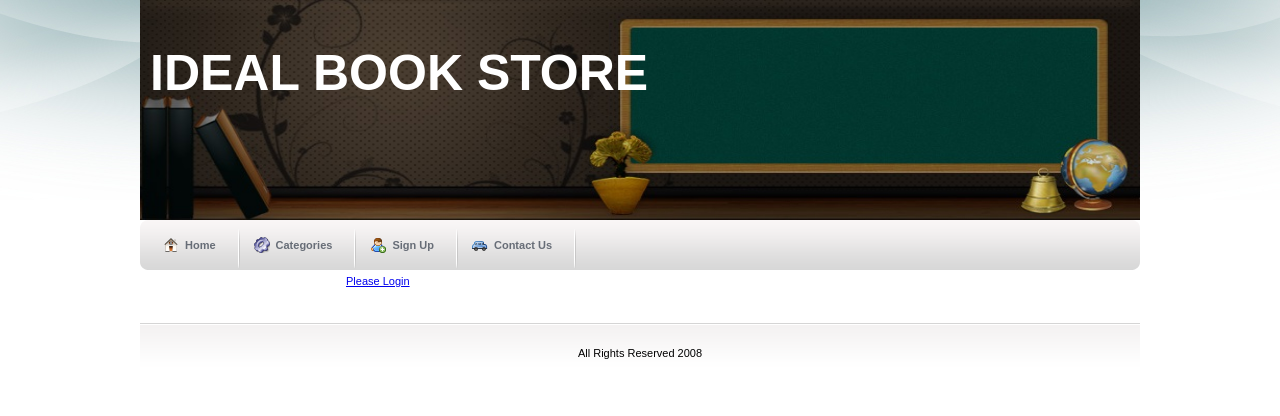
Repository: tusharjain887/Online-Book-Sales
Page: http://localhost/OnlineBook/create_thread.jsp
These files come from the project's save history. The page is drawn as it stood at one moment and after the next save; the edit follows.
The browser window is 1280 px wide. The pictures show the whole page.
The page is served by Tomcat 9. Queries for data that is not in the repository find no rows.

Above is the page before, as saved 2013-04-08 12:56:47.

### PROJECT/workspace/workspace/OnlineBook/WebContent/create_thread.jsp
<%@ page import="java.sql.*"%>
<%@ page import="java.io.*"%>
<%@ page import="java.util.*"%>
<%@ page import="java.lang.*"%>
<!DOCTYPE html PUBLIC "-//W3C//DTD XHTML 1.0 Transitional//EN" "http://www.w3.org/TR/xhtml1/DTD/xhtml1-transitional.dtd">
<html xmlns="http://www.w3.org/1999/xhtml">
<head>
<title>Ideal Book Store</title>
<meta http-equiv="Content-Type" content="text/html; charset=windows-1252" />
<link rel="stylesheet" type="text/css" href="style.css" />
<!--[if IE 6]>
<link rel="stylesheet" type="text/css" href="iecss.css" />
<![endif]-->
<script type="text/javascript" src="js/boxOver.js"></script>
</head>
<body>
<div id="main_container">
  <div class="top_bar">
  <div id="header">
  <div style="float:right;font-size:14px;">
 <%  Object c=session.getAttribute("username");
if(c!=null)
	{
	out.print("Welcome  " +session.getAttribute("username").toString());
	out.print(" ,  <a href='myprofile.jsp'>Profile</a>");
	out.print(" ,  <a href='logout.jsp'>Logout</a>");
	}
	%>
	</div>
   <div  style="padding:10px;font-size:25px;color: #FFF;"><h1>IDEAL BOOK STORE</h1></div>
  </div>
  <div id="main_content">
    <div id="menu_tab">
      <div class="left_menu_corner"></div>
      <ul class="menu">
        <li><a href="index.jsp" class="nav1"> Home</a></li>
        <li class="divider"></li>
        <li><a href="categories.jsp" class="nav2">Categories</a></li>
        <li class="divider"></li>
        <%
        if(c==null)
        {
        %><li><a href="registration.html" class="nav4">Sign Up</a></li>
        <li class="divider"></li>
        <%
        }%>
        <li><a href="contact.jsp" class="nav5">Contact Us</a></li>
        <li class="divider"></li>
      </ul>
      <div class="right_menu_corner"></div>
    </div>
    <!-- end of menu tab -->
    <div class="left_content">
     <br><br><br>

    </div>
    <!-- end of left content -->
    <div class="center_content">
    <%
        if(c!=null)
        {
        %>
      <div class="center_title_bar">Create Thread</div>
<table width="600" border="0" align="center" cellpadding="0" cellspacing="1" bgcolor="#CCCCCC">
<tr>
<form id="form1" name="form1" method="post" action="add_thread.jsp" onsubmit="return validateForm()">
<td>
<table width="100%" border="0" cellpadding="3" cellspacing="1" bgcolor="#FFFFFF">
<tr>
<td colspan="3" bgcolor="#E6E6E6"><strong>Create New Thread</strong> </td>
</tr>
<tr>
<td width="14%"><strong>Name</strong></td>
<td width="2%">:</td>
<td width="84%"><br><br><textarea name="threadname" cols="50" rows="3" id="topic"></textarea><br><br></td>
</tr>
<tr>
<td></td>
<td></td>
<td><input type="submit" name="Submit" value="Submit" /> <input type="reset" name="Submit2" value="Reset" /></td>
</tr>
</table>
</td>
</form>
</tr>
</table>
<%
      }
      else
       out.println("<a href='index.jsp'>Please Login</a>");
       %>
    </div>
    <!-- end of center content -->
    <div class="right_content">
     <br><br>
     <%
    if(c!=null)
    {
    	%>
    	<div class="shopping_cart">
        <div class="cart_title">Shopping cart</div>
        <%
        try{
        	Class.forName("com.ibm.db2.jcc.DB2Driver").newInstance();
            Connection Conn1=DriverManager.getConnection("jdbc:db2://localhost:50000/BOOKS","Rakesh","Rakesh");
            Connection Conn2=DriverManager.getConnection("jdbc:db2://localhost:50000/BOOKS","Rakesh","Rakesh");
        PreparedStatement ps1=Conn1.prepareStatement("SELECT sum(s.quantity)FROM TEMP s");
        PreparedStatement ps2=Conn2.prepareStatement("SELECT sum(s.quantity * s.cost)FROM TEMP s");
        ResultSet rs1=ps1.executeQuery();
        ResultSet rs2=ps2.executeQuery();
        while(rs1.next())
        {
        	String value=rs1.getString(1);
        	if(value==null)
        	{value="0";}
    		%>
        <div class="cart_details"><%out.println(value);%> items <br />
      <%
    }
        while(rs2.next())
        {
    		String value=rs2.getString(1);
        	if(value==null)
        	{value="0";}
    		%>
          <span class="border_cart"></span> Total: <span class="price"><%out.println(value);%></span> </div>
      <%
    }
	ps1.close();
	Conn1.close();
	ps2.close();
	Conn2.close();
	}
	catch(Exception ex){
	    out.println(ex);
	}

      %>



        <div class="cart_icon"><a href="view_cart.jsp" title="header=[Checkout] body=[&nbsp;] fade=[on]"><img src="images/shoppingcart.png" alt="" width="48" height="48" border="0" /></a></div>
        </div>
     <%
     }
     %>
     <br><br>
     <center>

        <%
        Connection Conn10=DriverManager.getConnection("jdbc:db2://localhost:50000/BOOKS","Rakesh","Rakesh");
      PreparedStatement ps10=Conn10.prepareStatement("SELECT IMAGEURL FROM ADVERTISEMENT ORDER BY AD_ID DESC LIMIT 3,6");
	ResultSet rs10=ps10.executeQuery();
	while(rs10.next())
    {
		%>
      <div class="banner_adds"><br><br><br> <%out.println("<img src='C:/Uploaded Images/"+rs10.getString(1)+"'></img>");%> </div>
      <%
      }
	ps10.close();
	Conn10.close();
      %>
    </div>
    <!-- end of right content -->
  </div>
  <!-- end of main content -->
  <div class="footer">
    <br><br>
    <center> All Rights Reserved 2008</center>
      </div>

<!-- end of main_container -->
</body>
</html>

### PROJECT/workspace/workspace/OnlineBook/WebContent/style.css
body
{
background:url(images/bg.jpg) no-repeat #fff center top;
padding:0;
font-family:Arial, Helvetica, sans-serif;
font-size:11px;
margin:0px auto auto auto;
color:#000;
}
p{
padding:2px;
margin:0px;
}
#main_container{
width:1000px;
height:auto;
margin:auto;
padding:0px;
}
.top_bar{
width:1000px;
height:38px;
background-color:#4a4a4a;
}
.top_search{
width:370px;
height:32px;
margin:0px 20px 0 0;
_margin:0px 10px 0 0;
float:right;
background:url(images/top_search_bg.gif) no-repeat center;
}
input.search_input{
width:182px;
height:18px;
float:left;
margin:5px 0 0 0 ;
border:1px solid #dbdbdb;
border-bottom-color:#ffffff;
border-right-color:#ffffff;
}
.search_text{
float:left;
width:110px;
padding:8px 0 0 15px;
color:#999999;
}
.search_text a{
text-decoration:none;
color:#999999;
}
.search_bt{
float:left;
padding:2px 0 0 15px;
}
.languages{
float:right;
width:150px;
padding:8px 0 0 0;
}
.lang_text{
float:left;
padding:0 5px 0 0;
color:#b3adad;
}
a.lang{
display:block;
float:left;
padding:0 5px 0 5px;
}
#header{
width:1000px;
height:220px;
background:url(images/header_background.jpg) no-repeat center;
background-position:0px 0px;
background-size:1000px 220px;
margin=0;
}
.leftcontent{
	padding:15px 0px 15px 5px;
	font-size:23px;
	color: #B13052;
}
.leftdowncontent{
	padding:5px 0px 15px 5px;
	font-size:18px;
	color: #B13052;
}
.logout{
	float:right;
	font-size:14px;
	color: #fff;
}
.logout a,.logout a:hover {
	color: aqua;
}

}
#logo{
padding:15px;
}
#templatemo_header {
	clear: both;
	width: 1000px;
	height: 200px;
	padding: 0;
	margin: 0;
	background: url(images/templatemo_header_bg.jpg) no-repeat;
}

#templatemo_header a,a:hover {
	color: #000;
}

#templatemo_header #templatemo_special_offers {
	float: left;
	font-size: 14px;
	margin-top: 95px;
	margin-left: 490px;
	width: 180px;
}

#templatemo_special_offers a {
	font-size: 12px;
}

#templatemo_special_offers  p {
	margin: 0 0 20px 0;
}
#templatemo_special_offers p span {
	font-size: 18px;
}

#templatemo_header #templatemo_new_books {
	float: left;
	margin-top: 90px;
	margin-left: 55px;
	width: 180px;
}

#templatemo_new_books ul {
	 margin: 0 0 10px 0;
	 padding: 0 0 0 20px;
}

#templatemo_new_books li {
	 margin: 0;
	 padding: 0;
}

/*------------------------------oferte_content-----------------------*/
.oferte_content{
width:600px;
height:264px;
float:left;
padding:0 0 0 50px;
}
.top_divider{
float:left;
width:1px;
height:164px;
}
.oferta{
width:538px;
float:left;
padding:15px 30px 0 30px;
}
.oferta_img{
float:left;
padding:0 0 10px 0;
}
.oferta_title{
font-size:15px;
color:#b72c24;
font-weight:bold;
}
.oferta_details{
width:400px;
float:left;
padding:0 0 0 30px;
}
.oferta_text{
padding:5px 0 5px 0;
font-size:12px;
color:#FFFFFF;
text-align:justify;
line-height:15px;
}
a.details{
width:83px;
height:21px;
display:block;
float:right;
margin:5px 0 0 0;
padding-left:5px;
background:url(images/details_bt_bg.gif) no-repeat center;
text-align:center;
line-height:21px;
text-decoration:none;
color:#000000;
}
/*---------------------oferta_pagination-----------------------------*/

div.oferta_pagination {
clear:both;
padding:10px 0 0 0;
_padding:0px 0 0 0;
margin:5px;
text-align:center;
float:left;
font-size:10px;
}

div.oferta_pagination a {
width:22px;
height:22px;
display:block;
float:left;
margin:0 0 0 5px;
_margin:0 0 0 3px;
line-height:23px;
text-align:center;
background:url(images/pag_bg.gif) no-repeat center;
text-decoration:none;
color:#9d8b8b;
}
div.oferta_pagination a:hover, div.pagination a:active {
width:22px;
height:22px;
display:block;
float:left;
line-height:23px;
text-align:center;
background:url(images/pag_bg_a.gif) no-repeat center;
text-decoration:none;
color:#ad1614;
}
div.oferta_pagination span.current {
width:22px;
height:22px;
display:block;
float:left;
line-height:23px;
text-align:center;
background:url(images/pag_bg_a.gif) no-repeat center;
text-decoration:none;
color:#ad1614;
}
#main_content{
clear:both;
}
/*---------------- menu tab----------------------*/
#menu_tab{
width:1000px;
height:50px;
background-color:#fff;
}
.left_menu_corner{
width:9px;
height:50px;
float:left;
background:url(images/menu_left.gif) no-repeat center;
}
.right_menu_corner{
width:9px;
height:50px;
float:left;
background:url(images/menu_right.gif) no-repeat center;
}
ul.menu {
list-style-type:none; float:left; display:block; width:982px;
margin:0px; padding:0px;background:url(images/menu_bg.gif) repeat-x;}

ul.menu li {
display:inline;
font-size:11px;
font-weight:bold;
line-height:50px;
}
ul.menu li.divider {
display:inline;
width:2px;
height:50px;
float:left;
background:url(images/menu_divider.gif) no-repeat center;
}

a.nav1:link, a.nav1:visited {
display:block; float:left; padding:0px 8px 0px 22px; margin:0 14px 0 14px;height:50px;text-decoration:none; background:url(images/home.png) no-repeat left; color:#676d77;}
a.nav2:link, a.nav2:visited {
display:block; float:left; padding:0px 8px 0px 22px; margin:0 14px 0 14px;height:50px;text-decoration:none; background:url(images/services.png) no-repeat left; color:#676d77;}
a.nav3:link, a.nav3:visited {
display:block; float:left; padding:0px 8px 0px 22px; margin:0 14px 0 14px;height:50px;text-decoration:none; background:url(images/favs.png) no-repeat left; color:#676d77;}
a.nav4:link, a.nav4:visited {
display:block; float:left; padding:0px 8px 0px 22px; margin:0 14px 0 14px;height:50px;text-decoration:none; background:url(images/user_add.png) no-repeat left; color:#676d77;}
a.nav5:link, a.nav5:visited {
display:block; float:left; padding:0px 8px 0px 22px; margin:0 14px 0 14px;height:50px;text-decoration:none; background:url(images/car.png) no-repeat left; color:#676d77;}
a.nav6:link, a.nav6:visited {
display:block; float:left; padding:0px 8px 0px 22px; margin:0 14px 0 14px;height:50px;text-decoration:none; background:url(images/contact-new.png) no-repeat left; color:#676d77;}

a.nav1:hover, a.nav2:hover, a.nav3:hover, a.nav4:hover, a.nav5:hover, a.nav6:hover {
color:#333333;}


li.currencies{
width:180px;
float:left;
padding:0 0 0 15px;
_padding:12px 0 0 15px;
color:#676d77;
font-size:11px;
font-weight:bold;
}
/*----------------crumb_navigation-------------*/
.crumb_navigation{
width:980px;
height:15px;
padding:5px 10px 0 20px;
color:#333333;
background:url(images/navbullet.png) no-repeat left;
background-position:5px 6px;
}
.crumb_navigation a{
color:#0fa0dd;
text-decoration:underline;
}
span.current{
color:#0fa0dd;
}

/*-------------left_content------------------*/
.left_content{
width:196px;
float:left;
}
.title_box{
width:196px;
height:30px;
margin:5px 0 0 0;
background:url(images/menu_title_bg.gif) no-repeat center;
text-align:center;
font-size:13px;
font-weight:bold;
color:#fff;
line-height:30px;
}
/*--------left menu---------*/
ul.left_menu{
width:196px;
padding:0px;
margin:0px;
list-style:none;
}
ul.left_menu li{
margin:0px;
list-style:none;
}
ul.left_menu li.odd a{
width:166px;height:25px;display:block;background:url(images/checked.png) no-repeat left #dad0d0; background-position:5px 5px;border-bottom:1px #FFFFFF solid;
text-decoration:none;color:#504b4b;padding:0 0 0 30px; line-height:25px;
}
ul.left_menu li.even a{
width:166px;height:25px;display:block;background:url(images/checked.png) no-repeat left #eee6e6;background-position:5px 5px;border-bottom:1px #FFFFFF solid;
text-decoration:none;color:#504b4b;padding:0 0 0 30px; line-height:25px;
}
ul.left_menu li.even a:hover, ul.left_menu li.odd a:hover{
background:url(images/checked.png) no-repeat left #7bbcc7; color:#FFFFFF;background-position:5px 5px;
}

.border_box{
width:194px;
height:auto;
text-align:center;
border:1px #6da6b1 solid;
}
.product_title{
color:#ea2222;
padding:5px 0 5px 0;
font-weight:bold;
}
.product_title a{
text-decoration:none;
color:#ea2222;
padding:5px 0 5px 0;
font-weight:bold;
}
.product_title a:hover{
color:#064E5A;
}
.product_img{
padding:5px 0 5px 0;
}
.prod_price{
padding:5px 0 5px 0;
}
span.reduce{
color:#ea2222;
text-decoration:line-through;
}
span.price{
color:#ea2222;
}
/*----------newsletter--------------*/
input.newsletter_input{
width:160px;
height:16px;
border:1px #ddd9d9 solid;
margin:10px 0 5px 0;
font-size:12px;
padding:3px;
color:#999999;
}
a.join{
width:17px;
display:block;
margin:5px 0 5px 140px;
_margin:5px 0 5px 130px;
background:url(images/blue-add.png) no-repeat left;
padding:0 0 0 20px;
text-decoration:none;
color:#1c4a52;
}
.banner_adds{
width:194px;
text-align:center;
padding:10px 0 10px 0;
}

/*center content--------------------------*/
.center_content{
width:585px;
float:left;
padding:5px 10px;
}
.center_title_bar{
width:520px;
height:33px;
float:left;
padding:0 0 0 40px;
margin:0 0 0 12px;
_margin:0 0 0 6px;
line-height:33px;
font-size:12px;
color:#847676;
font-weight:bold;
background:url(images/bar_bg.gif) no-repeat center;
}

/*----------------------right content--------------*/
.right_content{
width:196px;
float:left;
padding:5px 0 0 0;
}
.shopping_cart{
width:195px;
height:84px;
text-align:center;
background:url(images/cart_bg.gif) no-repeat center;
}
.cart_title{
font-size:12px;
font-size:12px;
color:#847676;
font-weight:bold;
padding:8px 0 0 0;
}
.cart_details{
width:115px;
float:left;
padding:5px 0 0 15px;
text-align:left;
}
.cart_icon{
float:left;
padding:5px 0 0 5px;
}
span.border_cart{
width:100px;
height:1px;
margin:3px 0 3px 0;
display:block;
border-top:1px #999999 dashed;
}
/*---------prod_box----------*/
.prod_box{
width:173px;
height:auto;
float:left;
padding:10px 10px 10px 11px;
}
.top_prod_box{
width:173px;height:12px;background:url(images/product_box_top.gif) no-repeat center bottom;float:left; padding:0px; margin:0px;
}
.bottom_prod_box{
width:173px;height:10px;background:url(images/product_box_bottom.gif) no-repeat center top;float:left;padding:0px; margin:0px;
}
.center_prod_box{
width:173px;height: auto;background:url(images/product_box_center.gif) repeat-y;float:left; text-align:center;padding:0px; margin:0px;
}
.prod_details_tab{
width:173px;
height:31px;
float:left;
background:url(images/products_details_bg.gif) no-repeat center;
margin:3px 0 0 0;
}
img.left_bt{
float:left;
padding:6px 0 0 6px;
}
a.prod_details{
width:25px;
display:block;
float:left;
background:url(images/square-blue-add.gif) no-repeat left;
padding:0 0 0 20px;
margin:7px 0 0 38px;
_margin:6px 0 0 35px;
text-decoration:none;
color:#0fa0dd;
}
/*---------prod_box_big----------*/
.prod_box_big{
width:554px;
height:auto;
float:left;
padding:10px 10px 10px 15px;
}
.top_prod_box_big{
width:554px;height:12px;background:url(images/details_box_top.gif) no-repeat center bottom;float:left; padding:0px; margin:0px;
}
.bottom_prod_box_big{
width:554px;height:12px;background:url(images/details_box_bottom.gif) no-repeat center top;float:left;padding:0px; margin:0px;
}
.center_prod_box_big{
width:554px;height: auto;background:url(images/details_box_center.gif) repeat-y;float:left; text-align:center;padding:0px; margin:0px;
}
.product_img_big{
width:170px;
padding:5px 0 5px 10px;
float:left;
}
.details_big_box{
width:345px;
float:left;
padding:0 0 0 15px;
text-align:left;
}
.product_title_big{
color:#ea2222;
padding:5px 0 5px 0;
font-weight:bold;
font-size:14px;
}
.specifications{
font-size:12px;
font-weight:bold;
line-height:18px;
}
.thumbs{
padding:8px 5px 8px 5px;
border:1px #DFD1D1 solid;
margin:3px 0 0 0;
}
.thumbs a{
padding:3px;
}
.prod_price_big{
padding:5px 0 5px 0;
font-size:16px;
}
span.reduce{
color:#ea2222;

}
span.price{
color:#ea2222;
}
a.addtocart{
width:76px;
height:27px;
display:block;
float:left;
background:url(images/addtocart.gif) no-repeat left;
padding:0 0 0 33px;
text-decoration:none;
line-height:27px;
color:#1c4a52;
}
a.compare{
width:76px;
height:27px;
display:block;
float:left;
margin:0 0 0 10px;
background:url(images/compare.gif) no-repeat left;
padding:0 0 0 33px;
text-decoration:none;
line-height:27px;
color:#1c4a52;
}
span.blue{
color:#5F9FAB;
}
/*---------------contact_form------------------*/
.contact_form{
width:355px;
float:left;
padding:0px 0 0 75px;
}
.form_row{
width:335px;
clear:both;
padding:10px 0 10px 0;
_padding:5px 0 5px 0;
color:#a53d17;
}
label.contact{
width:75px;
float:left;
font-size:12px;
text-align:right;
padding:4px 5px 0 0;
color: #333333;
}
input.contact_input{
width:253px;
height:18px;
background-color:#fff;
color:#999999;
border:1px #DFDFDF solid;
float:left;
}
textarea.contact_textarea{
width:253px;
height:50px;
font-family:Arial, Helvetica, sans-serif;
font-size:12px;
color: #999999;
background-color:#fff;
border:1px #DFDFDF solid;
float:left;
}
a.contact{
width:99px;
height:27px;
display:block;
float:right;
margin:0 0 0 10px;
background:url(images/contact_bt.gif) no-repeat left;
padding:0 0 0 10px;
text-decoration:none;
line-height:27px;
color:#1c4a52;
}
/*--------------footer----------------*/
.footer{
width:1000px;
clear:both;
height:65px;
background:url(images/footer_bg.gif) repeat-x top;
}
.left_footer{
float:left;
width:300px;
padding:5px 0 0 10px;
}
.right_footer{
float:right;
padding:15px 30px 0 0;
}
.right_footer a{
padding:0 0 0 7px;
text-decoration:none;
color: #666666;
}
.right_footer a:hover{
text-decoration:underline;
}

.center_footer{
float:left;
width:200px;
text-align:center;
color:#666666;
padding:10px 0 0 60px;
}

Loaded but not shown: PROJECT/workspace/workspace/OnlineBook/WebContent/js/boxOver.js (369 lines, source omitted)

After the next save:
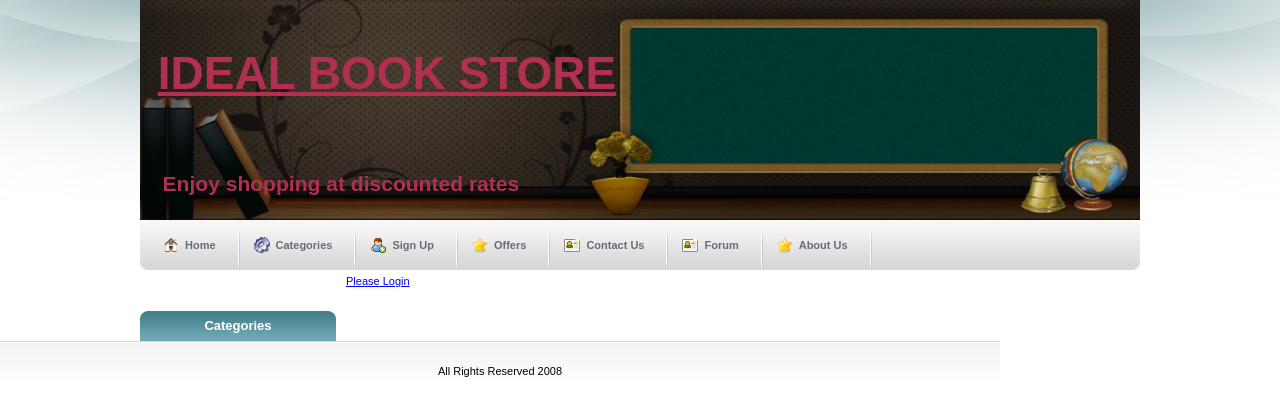
Saved 101 s later.
--- a/PROJECT/workspace/workspace/OnlineBook/WebContent/create_thread.jsp
+++ b/PROJECT/workspace/workspace/OnlineBook/WebContent/create_thread.jsp
@@ -5,7 +5,7 @@
 <!DOCTYPE html PUBLIC "-//W3C//DTD XHTML 1.0 Transitional//EN" "http://www.w3.org/TR/xhtml1/DTD/xhtml1-transitional.dtd">
 <html xmlns="http://www.w3.org/1999/xhtml">
 <head>
-<title>Ideal Book Store</title>
+<title>Categories</title>
 <meta http-equiv="Content-Type" content="text/html; charset=windows-1252" />
 <link rel="stylesheet" type="text/css" href="style.css" />
 <!--[if IE 6]>
@@ -15,20 +15,25 @@
 </head>
 <body>
 <div id="main_container">
-  <div class="top_bar">
+
   <div id="header">
-  <div style="float:right;font-size:14px;">
+  <div class="logout">
  <%  Object c=session.getAttribute("username");
 if(c!=null)
 	{
 	out.print("Welcome  " +session.getAttribute("username").toString());
-	out.print(" ,  <a href='myprofile.jsp'>Profile</a>");
-	out.print(" ,  <a href='logout.jsp'>Logout</a>");
+	%>
+	&nbsp<a href='myprofile.jsp'>Profile</a>
+	&nbsp<a href='logout.jsp'>Logout</a>
+	<%
 	}
 	%>
 	</div>
-   <div  style="padding:10px;font-size:25px;color: #FFF;"><h1>IDEAL BOOK STORE</h1></div>
+	<div class="leftcontent"><h1>&nbsp<u>IDEAL BOOK STORE</u></h1></div>
+    <div class="leftdowncontent"><h3>&nbsp&nbsp&nbspEnjoy shopping at discounted rates</h3></div>
+
   </div>
+
   <div id="main_content">
     <div id="menu_tab">
       <div class="left_menu_corner"></div>
@@ -43,17 +48,61 @@ if(c!=null)
         %><li><a href="registration.html" class="nav4">Sign Up</a></li>
         <li class="divider"></li>
         <%
-        }%>
-        <li><a href="contact.jsp" class="nav5">Contact Us</a></li>
-        <li class="divider"></li>
+        }
+        %>
+        <li><a href="news.jsp" class="nav3">Offers</a></li>
+        <li class="divider"></li>
+        <li><a href="contact.jsp" class="nav6">Contact Us</a></li>
+        <li class="divider"></li>
+        <li><a href="forum.jsp" class="nav6">Forum</a></li>
+        <li class="divider"></li>
+        <li><a href="aboutus.jsp" class="nav3">About Us</a></li>
+        <li class="divider"></li>
+
       </ul>
       <div class="right_menu_corner"></div>
     </div>
     <!-- end of menu tab -->
     <div class="left_content">
      <br><br><br>
-
-    </div>
+      <div class="title_box">Categories</div>
+      <ul class="left_menu">
+      <%
+      try{
+    	  Class.forName("com.ibm.db2.jcc.DB2Driver").newInstance();
+	Connection Conn8=DriverManager.getConnection("jdbc:db2://localhost:50000/BOOKS","Rakesh","Rakesh");
+	PreparedStatement ps8=Conn8.prepareStatement("SELECT CAT_ID,CAT_NAME FROM CATEGORY");
+	ResultSet rs8=ps8.executeQuery();
+	while(rs8.next())
+    {
+		String name=rs8.getString(2);
+ 	%>
+        <li class="even"><%out.println("<a href='viewcategory.jsp?cat_id="+rs8.getString(1)+"'>"+name+"</a>");%></li>
+        <%
+        }
+        %>
+      </ul>
+      <%
+      PreparedStatement ps9=Conn8.prepareStatement("SELECT IMAGEURL FROM ADVERTISEMENT ORDER BY AD_ID DESC LIMIT 0,3");
+	ResultSet rs9=ps9.executeQuery();
+	while(rs9.next())
+    {
+		%>
+      <div class="banner_adds"><br><br><br> <%out.println("<img src='C:/Uploaded Images/"+rs9.getString(1)+"'></img>");%> </div>
+      <%
+      }
+	ps8.close();
+	ps9.close();
+	Conn8.close();
+      }
+      catch(Exception ex){
+  	    out.println(ex);
+  	}
+      %>
+    </div>
+      </div>
+
+
     <!-- end of left content -->
     <div class="center_content">
     <%
